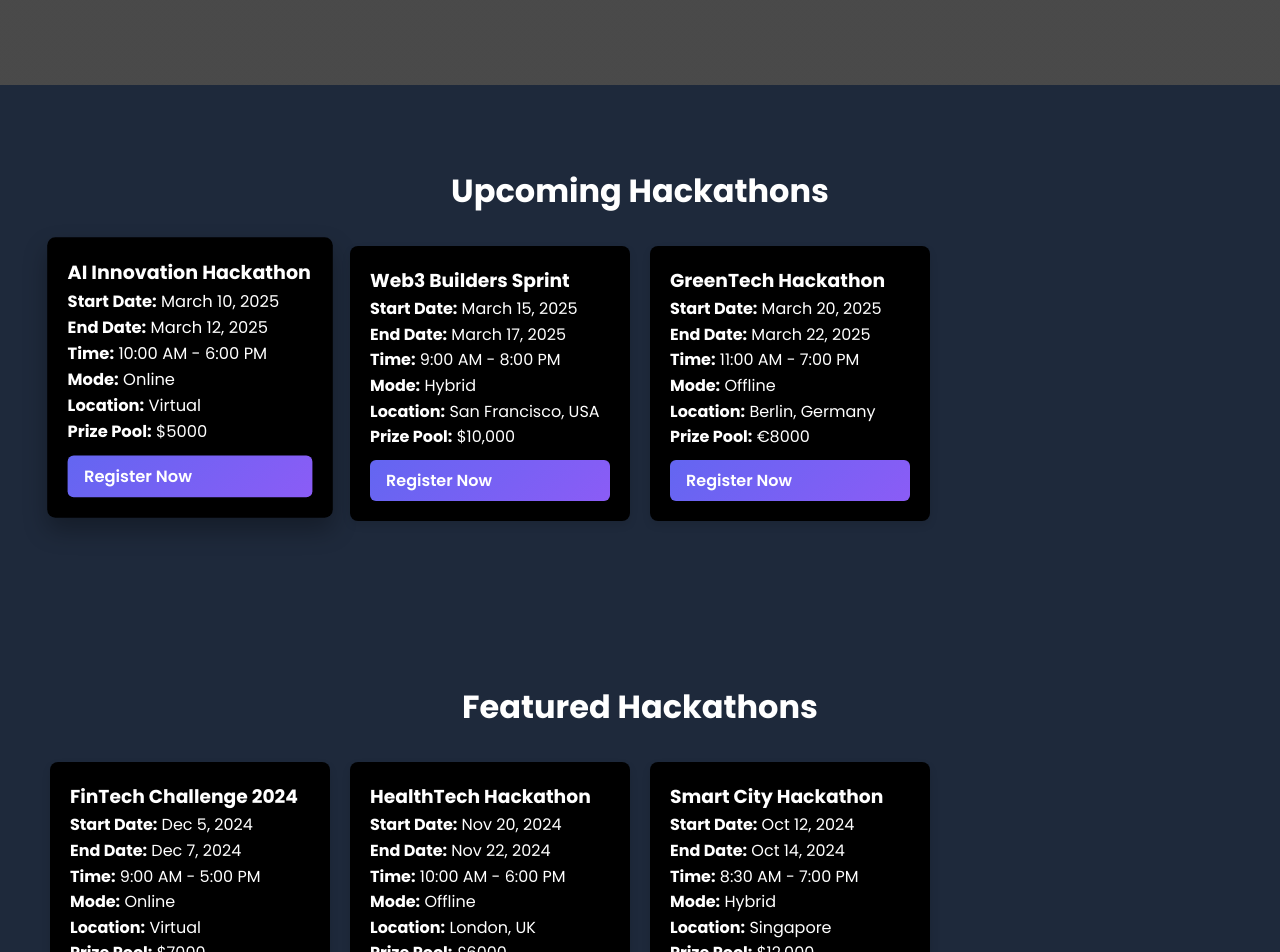
Repository: masihuddin-tech/Hackathon-Project
Page: index.html
The author's editor kept a copy of each file at every save. The page is drawn from the files as they stood at one save, then again after the next save.
The browser window is 1280 px wide. The pictures show the part of the page from y = 635 to 1587 px (the page is 1995 px tall).
The pointer rests on the first visible `.card a`.
Pictures or frames that could not be fetched are drawn as grey boxes. Backgrounds fixed to the window are drawn as part of the page.

Above is the page before, as saved 2025-09-04 10:59:06.
Not found: app.js

### index.html
<!DOCTYPE html>
<html lang="en">
<head>
  <meta charset="UTF-8" />
  <meta name="viewport" content="width=device-width, initial-scale=1.0" />
  <title>Hackathon Aggregator Portal</title>
  <link rel="stylesheet" href="style.css" />
  <link href="https://fonts.googleapis.com/css2?family=Poppins:wght@400;600;700&display=swap" rel="stylesheet" />
</head>
<body>

  <!-- Navbar -->
<header class="navbar">
  <div class="logo">HackPortal</div>
  <nav>
    <div class="nav-links">
      <a href="#current">Current Hackathons</a>
      <a href="#past">Featured Hackathons</a>
    </div>
    <div class="nav-buttons">
      <a href="login.html" id="login-btn" class="login-btn">Log In</a>
      <a href="signup.html" id="signup-btn" class="signup-btn">Sign Up</a>
    </div>
  </nav>

</header>

  <!-- Hero Section with Parallax -->
  <section class="hero">
    <div class="hero-content">
      <h1>Discover Your Next Big Coding Challenge</h1>
      <p>Join exciting hackathons, build innovative projects, and connect with the coding community.</p>
      <a href="#current" class="btn-secondary">Explore Hackathons</a>
    </div>
  </section>

  <!-- Current Hackathons -->
<section id="current" class="hackathons-section">
  <h2>Upcoming Hackathons</h2>
  <div class="hackathon-grid" id="current-hackathons">
    <!-- Dummy Cards -->
    <div class="card">
      <h3>AI Innovation Hackathon</h3>
      <p><strong>Start Date:</strong> March 10, 2025</p>
      <p><strong>End Date:</strong> March 12, 2025</p>
      <p><strong>Time:</strong> 10:00 AM - 6:00 PM</p>
      <p><strong>Mode:</strong> Online</p>
      <p><strong>Location:</strong> Virtual</p>
      <p><strong>Prize Pool:</strong> $5000</p>
      <a href="#">Register Now</a>
    </div>

    <div class="card">
      <h3>Web3 Builders Sprint</h3>
      <p><strong>Start Date:</strong> March 15, 2025</p>
      <p><strong>End Date:</strong> March 17, 2025</p>
      <p><strong>Time:</strong> 9:00 AM - 8:00 PM</p>
      <p><strong>Mode:</strong> Hybrid</p>
      <p><strong>Location:</strong> San Francisco, USA</p>
      <p><strong>Prize Pool:</strong> $10,000</p>
      <a href="#">Register Now</a>
    </div>

    <div class="card">
      <h3>GreenTech Hackathon</h3>
      <p><strong>Start Date:</strong> March 20, 2025</p>
      <p><strong>End Date:</strong> March 22, 2025</p>
      <p><strong>Time:</strong> 11:00 AM - 7:00 PM</p>
      <p><strong>Mode:</strong> Offline</p>
      <p><strong>Location:</strong> Berlin, Germany</p>
      <p><strong>Prize Pool:</strong> €8000</p>
      <a href="#">Register Now</a>
    </div>
  </div>
</section>

<!-- Past Hackathons -->
<section id="past" class="hackathons-section">
  <h2>Featured Hackathons</h2>
  <div class="hackathon-grid" id="past-hackathons">
    <!-- Dummy Cards -->
     <div class="card">
      <h3>FinTech Challenge 2024</h3>
      <p><strong>Start Date:</strong> Dec 5, 2024</p>
      <p><strong>End Date:</strong> Dec 7, 2024</p>
      <p><strong>Time:</strong> 9:00 AM - 5:00 PM</p>
      <p><strong>Mode:</strong> Online</p>
      <p><strong>Location:</strong> Virtual</p>
      <p><strong>Prize Pool:</strong> $7000</p>
      <a href="#">View Details</a>
    </div>

    <div class="card">
      <h3>HealthTech Hackathon</h3>
      <p><strong>Start Date:</strong> Nov 20, 2024</p>
      <p><strong>End Date:</strong> Nov 22, 2024</p>
      <p><strong>Time:</strong> 10:00 AM - 6:00 PM</p>
      <p><strong>Mode:</strong> Offline</p>
      <p><strong>Location:</strong> London, UK</p>
      <p><strong>Prize Pool:</strong> £6000</p>
      <a href="#">View Details</a>
    </div>

    <div class="card">
      <h3>Smart City Hackathon</h3>
      <p><strong>Start Date:</strong> Oct 12, 2024</p>
      <p><strong>End Date:</strong> Oct 14, 2024</p>
      <p><strong>Time:</strong> 8:30 AM - 7:00 PM</p>
      <p><strong>Mode:</strong> Hybrid</p>
      <p><strong>Location:</strong> Singapore</p>
      <p><strong>Prize Pool:</strong> $12,000</p>
      <a href="#">View Details</a>
    </div>
  </div>
</section>


  <!-- Footer -->
  <footer>
    <p>© 2025 Hackathon Aggregator Portal. All Rights Reserved.</p>
  </footer>

  <!-- Login Modal -->
  <div class="modal hidden" id="login-modal">
    <div class="modal-content">
      <span class="close" id="login-close">&times;</span>
      <h2>Login</h2>
      <input type="email" id="login-email" placeholder="Email" />
      <input type="password" id="login-password" placeholder="Password" />
      <button id="login-submit">Login</button>
    </div>
  </div>

  <!-- Signup Modal -->
  <div class="modal hidden" id="signup-modal">
    <div class="modal-content">
      <span class="close" id="signup-close">&times;</span>
      <h2>Sign Up</h2>
      <input type="email" id="signup-email" placeholder="Email" />
      <input type="password" id="signup-password" placeholder="Password" />
      <button id="signup-submit">Sign Up</button>
    </div>
  </div>

  <script src="app.js" type="module"></script>
</body>
</html>

### style.css
/* Reset */
* {
  margin: 0;
  padding: 0;
  box-sizing: border-box;
}

html {
  scroll-behavior: smooth;
}

body {
  font-family: 'Poppins', sans-serif;
  background: #0f172a; /* dark base */
  color: #f1f5f9;
  line-height: 1.6;
}

/* Navbar */
.navbar {
  position: fixed;
  top: 0;
  left: 0;
  width: 100%;
  background: rgba(17, 17, 17, 0.85);
  backdrop-filter: blur(10px);
  color: white;
  display: flex;
  align-items: center;
  justify-content: space-between;
  padding: 15px 50px;
  z-index: 1000;
}

/* Logo left aligned */
.navbar .logo {
  font-size: 2rem;
  font-weight: 700;
  color: white;
  flex: 0 0 auto;
}

/* Nav container */
.navbar nav {
  flex: 1 1 auto;
  display: flex;
  justify-content: center;
  align-items: center;
  gap: 40px;
  position: relative;
}

/* Nav links center */
.navbar nav .nav-links {
  display: flex;
  gap: 30px;
  margin-left: -200px; /* slight left shift */
}

/* Login / Signup right */
.navbar nav .nav-buttons {
  position: absolute;
  right: -30px;
  top: 50%;
  transform: translateY(-50%);
  display: flex;
  gap: 10px;
}

/* General nav link style */
.navbar nav a {
  padding: 8px 18px;
  border: 2px solid white;
  border-radius: 30px;
  color: white;
  text-decoration: none;
  font-weight: 600;
  transition: all 0.3s ease;
  cursor: pointer;
  white-space: nowrap;
}

/* Hover effect */
.navbar nav a:hover {
  background: linear-gradient(135deg, #6366f1, #8b5cf6);
  border-color: transparent;
  box-shadow: 0 0 12px rgba(139, 92, 246, 0.7);
}

/* Login button */
#login-btn, #signup-btn {
  border: none;
  background: linear-gradient(135deg, #6366f1, #8b5cf6);
  color: white;
  border-radius: 30px;
  padding: 8px 18px;
  font-weight: 600;
  transition: all 0.3s ease;
}

#login-btn:hover, #signup-btn:hover {
  background: linear-gradient(135deg, #8b5cf6, #6366f1);
  box-shadow: 0 0 15px rgba(99, 102, 241, 0.8);
  transform: scale(1.05);
}

/* Responsive */
@media (max-width: 768px) {
  .navbar {
    flex-wrap: wrap;
    padding: 10px 20px;
  }
  .navbar nav {
    flex-basis: 100%;
    justify-content: center;
    margin: 10px 0;
    position: static;
  }
  .navbar nav .nav-buttons {
    position: static;
    margin-top: 10px;
    justify-content: center;
    width: 100%;
  }
}

/* Hero Section */
.hero {
  background: linear-gradient(
      rgba(17, 17, 17, 0.6),
      rgba(17, 17, 17, 0.6)
    ),
    url('https://images.unsplash.com/photo-1555066931-4365d14bab8c?fit=crop&w=1600&q=80') center/cover fixed;
  height: 100vh;
  display: flex;
  align-items: center;
  justify-content: center;
  text-align: center;
  color: white;
  position: relative;
}

.hero h1 {
  font-size: 3.5rem;
  font-weight: 800;
  margin-bottom: 15px;
}

.hero p {
  font-size: 1.3rem;
  margin-bottom: 30px;
  color: #e5e7eb;
}

/* Hero Button */
.btn-secondary {
  padding: 12px 30px;
  border-radius: 8px;
  font-size: 1.1rem;
  font-weight: 600;
  background: linear-gradient(135deg, #6366f1, #8b5cf6);
  color: white;
  text-decoration: none;
  display: inline-block;
  transition: all 0.3s ease;
  border-radius: 50px;
}

.btn-secondary:hover {
  background: linear-gradient(135deg, #8b5cf6, #6366f1);
  box-shadow: 0 0 18px rgba(139, 92, 246, 0.8);
}

/* Hackathon Cards */
.hackathons-section {
  padding: 80px 50px;
  background: #1e293b;
  color: white;
}

.hackathons-section h2 {
  text-align: center;
  font-size: 2rem;
  margin-bottom: 30px;
}

.hackathon-grid {
  display: grid;
  grid-template-columns: repeat(auto-fill, minmax(280px, 1fr));
  gap: 20px;
}

.card {
  background: rgb(0, 0, 0);
  border-radius: 8px;
  padding: 20px;
  box-shadow: 0 4px 8px rgba(0,0,0,0.1);
  transition: transform 0.3s, box-shadow 0.3s;
  min-height: 250px;  /* 🔥 Add this to increase card length */
  display: flex;
  flex-direction: column;
  justify-content: space-between; /* keeps button at bottom */
}

.card:hover {
  transform: translateY(-6px) scale(1.02);
  box-shadow: 0 12px 24px rgba(0,0,0,0.3);
}

.card a {
  display: inline-block;
  margin-top: 10px;
  padding: 8px 16px;
  background: linear-gradient(135deg, #6366f1, #8b5cf6);   /* 🔵 rich blue background */
  color: white;
  font-weight: 600;
  border-radius: 6px;
  text-decoration: none;
  transition: background 0.3s ease, transform 0.2s ease;
}

.card a:hover {
  /* background: linear-gradient(135deg, #4f46e5, #7c3aed);    */
  transform: scale(1.0);
}



/* Footer */
footer {
  background: #111827;
  color: #d1d5db;
  padding: 20px;
  text-align: center;
  font-size: 0.9rem;
}

After the next save:
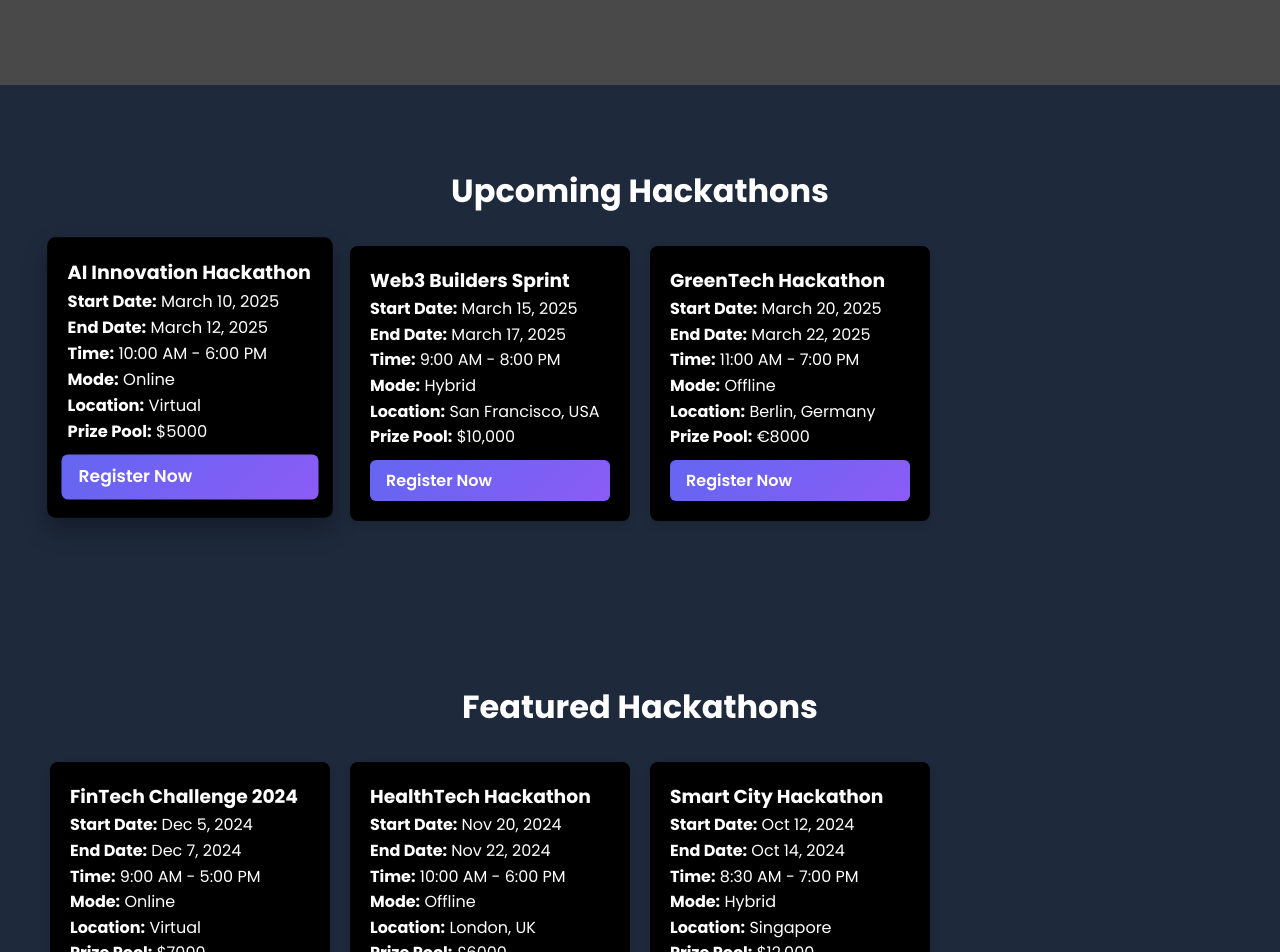
Saved 4 s later.
--- a/style.css
+++ b/style.css
@@ -221,7 +221,7 @@ body {
 
 .card a:hover {
   /* background: linear-gradient(135deg, #4f46e5, #7c3aed);    */
-  transform: scale(1.0);
+  transform: scale(1.05);
 }
 
 
